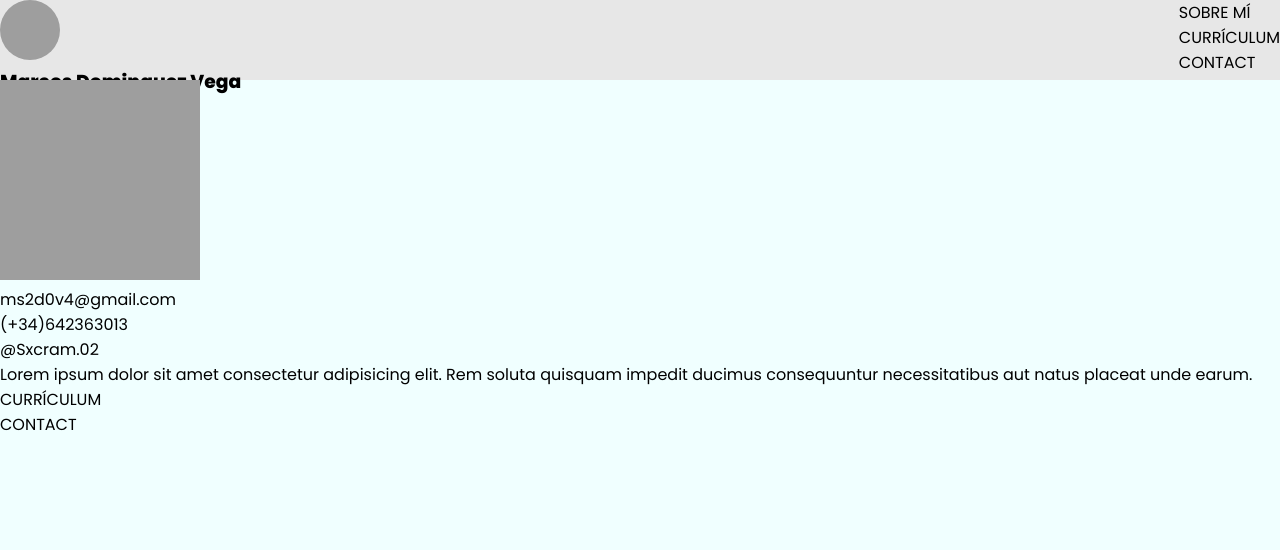
Repository: Sxcram02/Portfoliov.2
Page: index.html
These files come from the project's save history. The page is drawn as it stood at one moment and after a run of saves; the edit follows.
The browser window is 1280 px wide. The pictures show the whole page.
Pictures or frames that could not be fetched are drawn as grey boxes.

Above is the page before, as saved 2023-04-10 23:47:07.

After the next 2 saves:
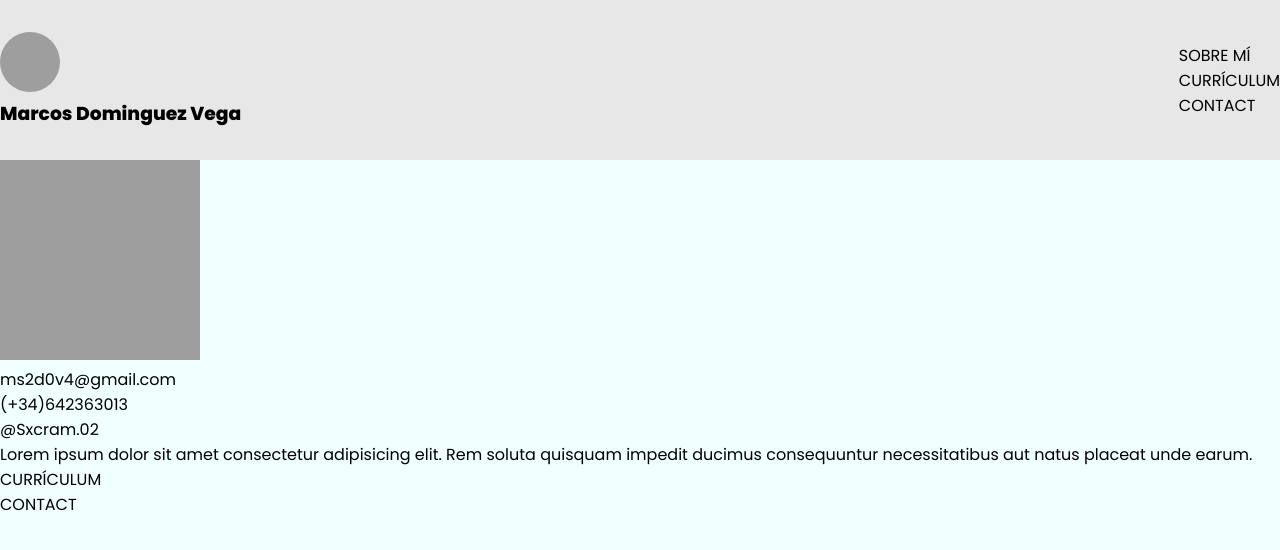
The 2 saves are shown as one change because they came seconds apart.
The last was saved 13 s later.
--- a/css/style.css
+++ b/css/style.css
@@ -16,10 +16,10 @@
 
 header {
     width: 100%;
-    height: 5em;
+    height: 10em;
     background-color: rgb(231, 231, 231);
     display: flex;
-    align-items: start;
+    align-items: center;
     justify-content: space-between;
 }
 
